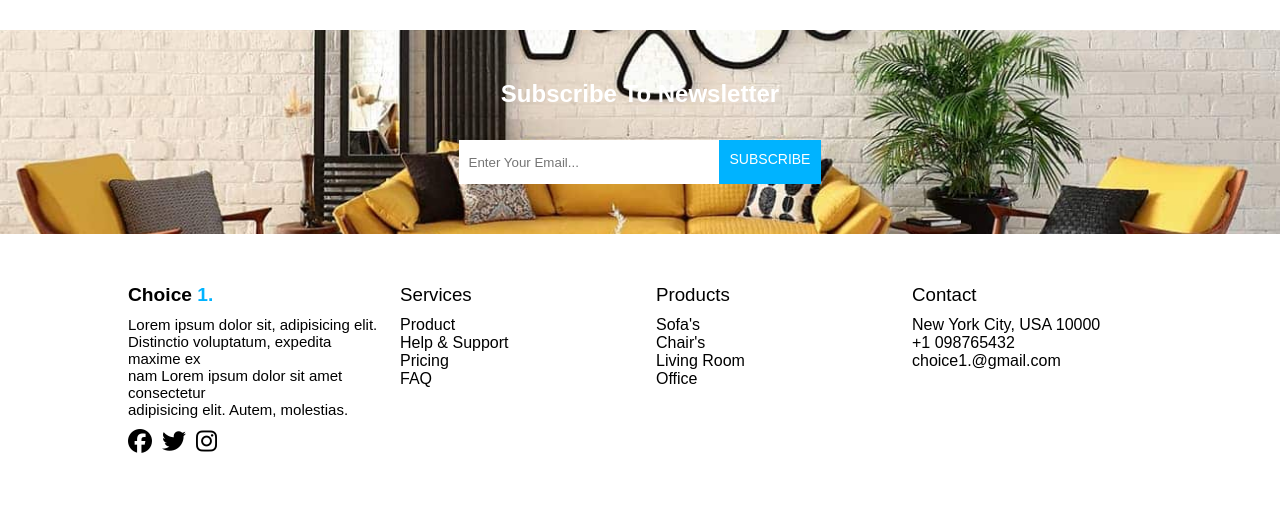
Repository: alishbah7/Choice1
Page: index.html
The author's editor kept a copy of each file at every save. The page is drawn from the files as they stood at one save, then again after the next save.
The browser window is 1280 px wide. The pictures show the part of the page from y = 3939 to 4445 px (the page is 4445 px tall before and 4411 px after).
A picture or video elsewhere on the page could not be fetched, so the positions and the page height are approximate. Backgrounds fixed to the window are drawn as part of the page.

Above is the page before, as saved 2024-11-24 13:11:57.

After the next save:
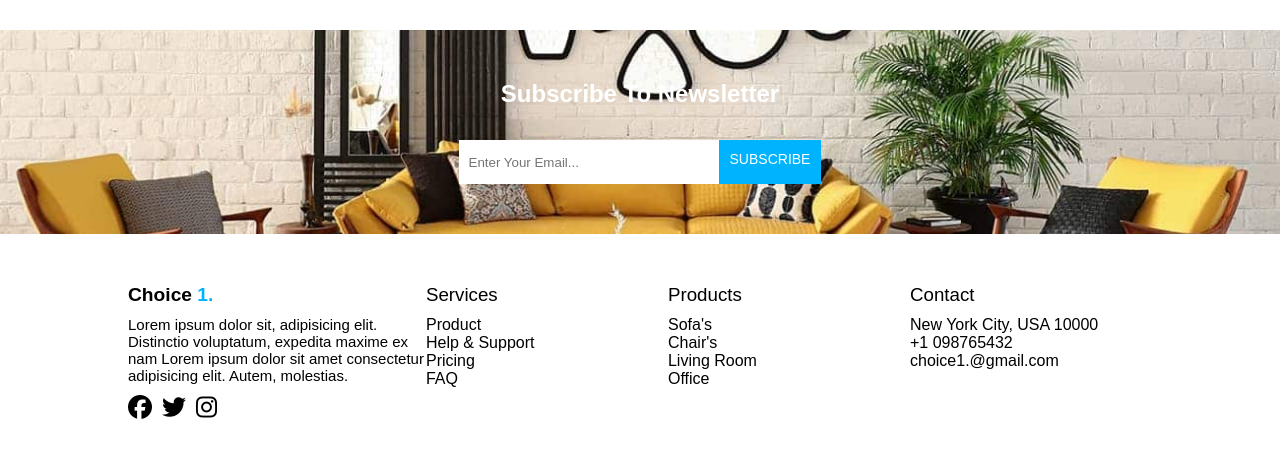
Saved 52 s later.
--- a/style.css
+++ b/style.css
@@ -290,8 +290,7 @@ header{
 .footer{
     display: grid;
     grid-template-columns: repeat(auto-fit, minmax(240px, auto));
-    gap: 1rem;
-    margin: 0;
+    /* gap: 1rem; */
 }
 
 .footer-box h2{
